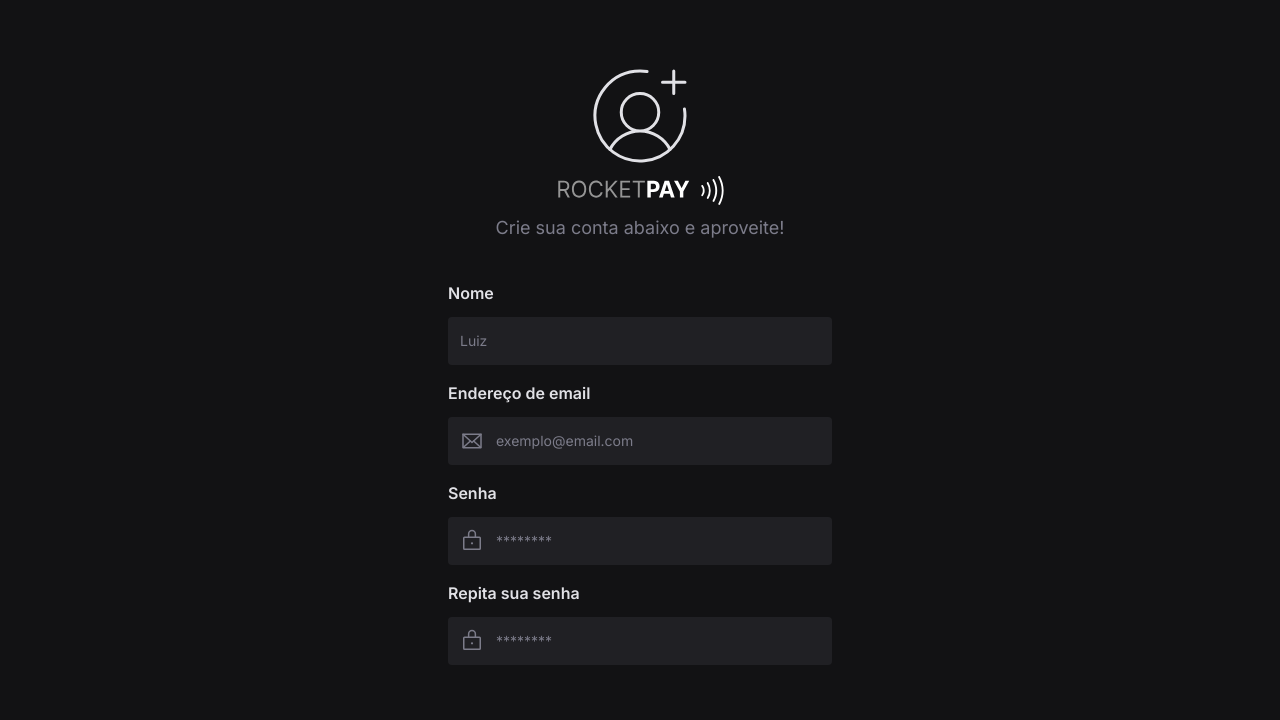
Repository: LuizAGDomingues/CreditCard-with-login
Page: /createLogin
An editor plug-in stored every save of this project. The page is shown before and after a run of saves, followed by the edit.
The browser window is 1280 px wide. The pictures show the whole page.
The project was rebuilt for these pictures with package versions that can differ from the ones it lists, and the page was loaded fresh each time. Also part of the build but not shown: vite.config.ts, src/components/Checkbox.tsx, src/components/LogoSignIn.tsx, src/pages/SignIn.tsx.

Above is the page before, as saved 2022-10-25 16:40:42.

After the next 2 saves:
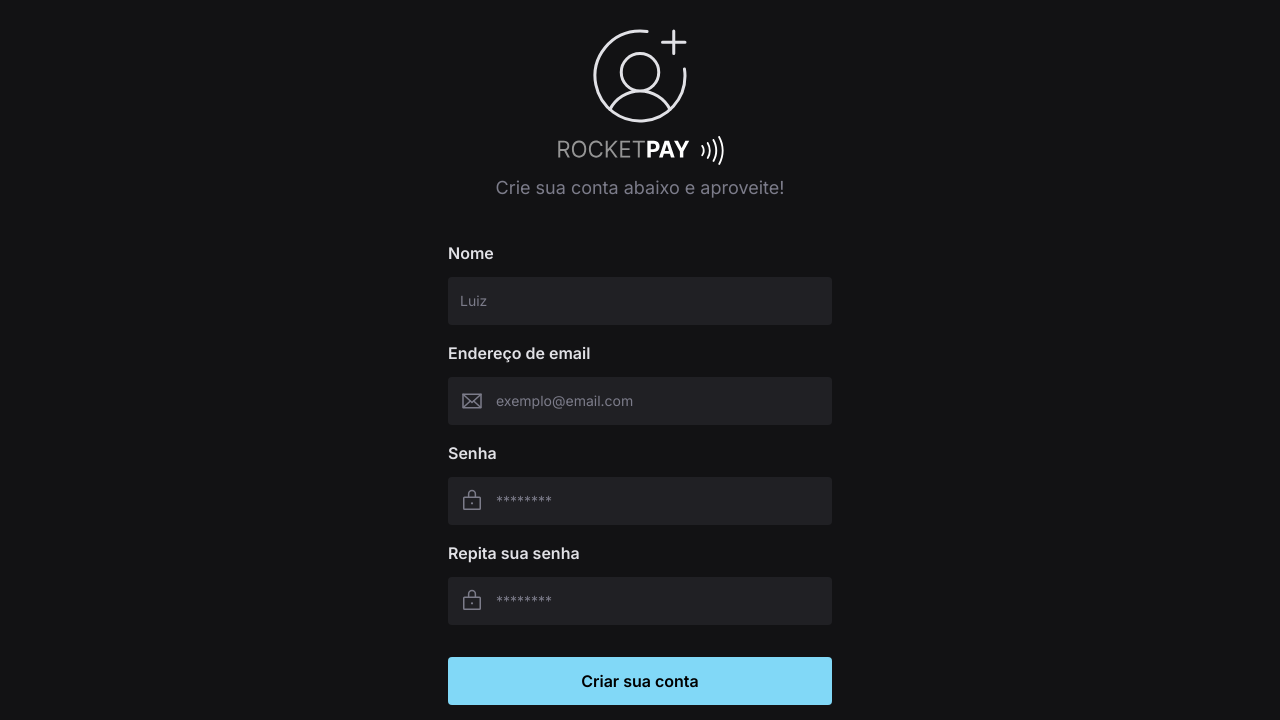
The 2 saves are shown as one change because they came seconds apart.
The last was saved 41 s later.
--- a/src/pages/CreateLogin.tsx
+++ b/src/pages/CreateLogin.tsx
@@ -15,7 +15,6 @@
   const [email, setEmail] = useState('');
   const [password, setPassword] = useState('');
   const [confirmPassword, setConfirmPassword] = useState('');
-  const activateModal = true
 
   function handleCreateLogin(event: FormEvent){
     event.preventDefault();
@@ -65,7 +64,7 @@
         </label>
         <Dialog.Root>
           <Dialog.Trigger asChild className='mt-4'>
-            {activateModal}
+            <Button type='submit'>Criar sua conta</Button>
           </Dialog.Trigger>
           <Dialog.Portal>
             <Dialog.Overlay>
